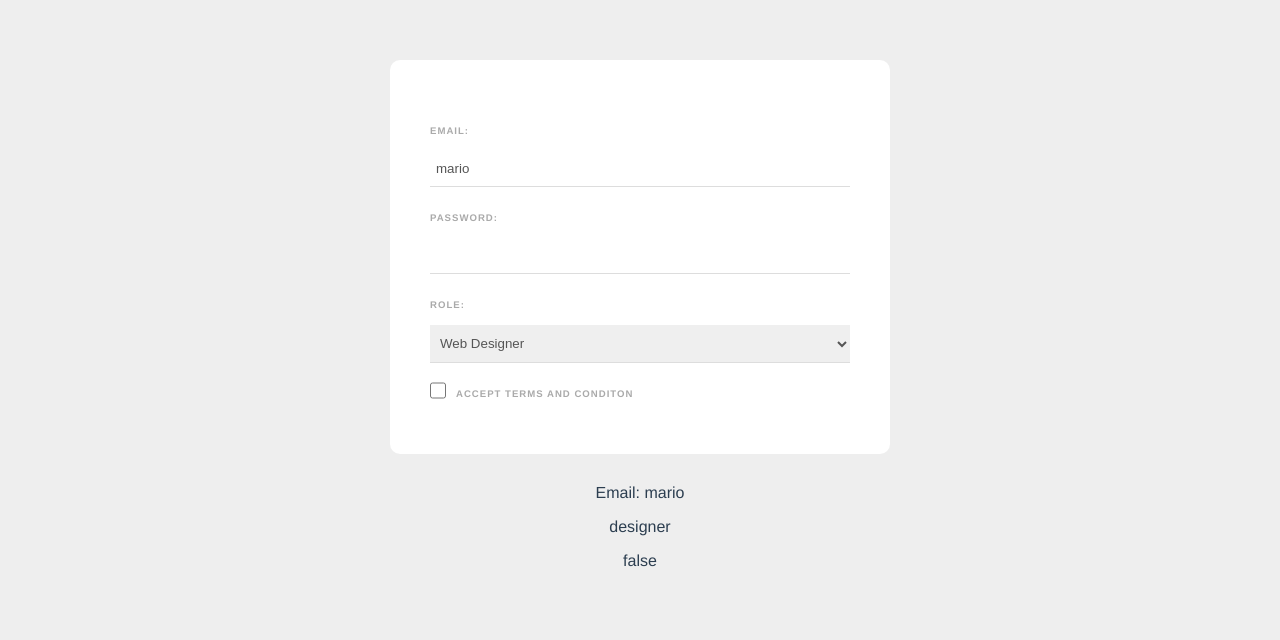
Repository: pin-seavmuy/Vue-Js
Page: /
An editor plug-in stored every save of this project. The page is shown before and after the next save, followed by the edit.
The browser window is 1280 px wide. The pictures show the whole page.
The project was rebuilt for these pictures with package versions that can differ from the ones it lists, and the page was loaded fresh each time. Also part of the build but not shown: vue.config.js.

Above is the page before, as saved 2023-11-15 23:54:15.

After the next save:
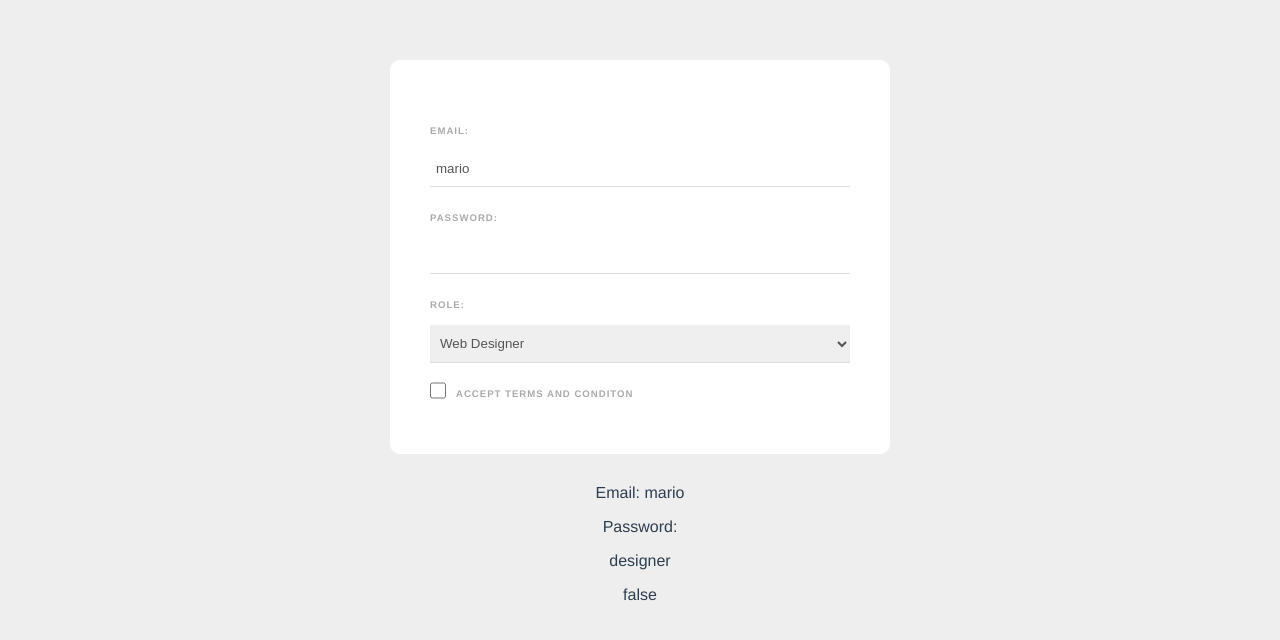
Saved 6 s later.
--- a/src/components/SignupForm.vue
+++ b/src/components/SignupForm.vue
@@ -19,7 +19,7 @@
   </form>
 
   <p>Email: {{ email }}</p>
-  <p>{{ password }}</p>
+  <p>Password: {{ password }}</p>
   <p>{{ role}}</p>
   <p>{{terms}}</p>
 </template>
